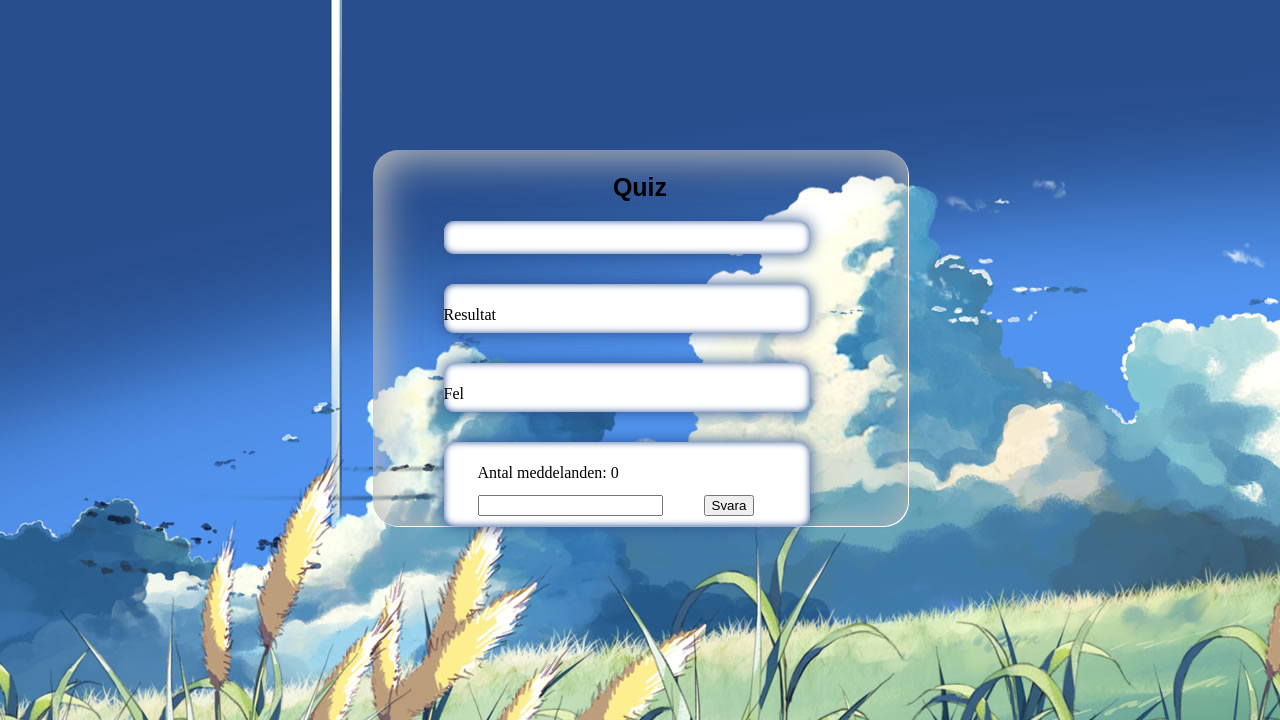
Repository: Marco30/1dv403-laborationer
Page: 4-thequiz/index.html
The author's editor kept a record of every edit. The page is drawn from the files as they stood at one moment, then again after the next edit.
The browser window is 1280 px wide. The pictures show the whole page.
The page's requests for data from a server got no answer.

Above is the page before.

### 4-thequiz/index.html
<!DOCTYPE html>

<html lang="sv">

<head>

	<meta charset="UTF-8" />

 	<title>Quiz</title>

 	<link href="css/style.css" rel="stylesheet" type="text/css">

    <script src="script/quiz.js"></script>


</head>

    <body>

        <div id="inramning"><!--*CSS läger text rutan i mitten-->

             <header><!--titel texten -->
                    <h1>Quiz</h1>
             </header>

           <main> <!--Alla meddelanden ska samlas här   -->

                <div id="textonpage"><!-- Här kommer jag lad in texten  -->

                </div>

                <div id="textram">

                    <p>
                        <div id="result"> Resultat </div>
                   </p>

                    <p>
                        <div id="fel"> Fel </div>
                   </p>

                    <div id="textruta">

                    <p>
                        <label id="antal">Antal meddelanden: 0</label><!--Visar antal meddelanden som finns på sidan -->
                    </p>

                    <p>

                    <input type="text" id="svar"/>

                    <input id="button" type="submit" value="Svara"/><!--Skicka Knapp, Man trycker på för att få upp meddelanden i sidan  -->

                    </p>



                </div>

           </main>

        </div>

    </body>
</html>

### 4-thequiz/css/style.css
 /* http://meyerweb.com/eric/tools/css/reset/
v2.0 | 20110126
License: none (public domain)
*/
html, body, div, span, applet, object, iframe,
h1, h2, h3, h4, h5, h6, p, blockquote, pre,
a, abbr, acronym, address, big, cite, code,
del, dfn, em, img, ins, kbd, q, s, samp,
small, strike, strong, sub, sup, tt, var,
b, u, i, center,
dl, dt, dd, ol, ul, li,
fieldset, form, label, legend,
table, caption, tbody, tfoot, thead, tr, th, td,
article, aside, canvas, details, embed,
figure, figcaption, footer, header, hgroup,
menu, nav, output, ruby, section, summary,
time, mark, audio, video {
margin: 0;
padding: 0;
border: 0;
font-size: 100%;
font: inherit;
vertical-align: baseline;
}
/* HTML5 display-role reset for older browsers */
article, aside, details, figcaption, figure,
footer, header, hgroup, menu, nav, section {
display: block;
}

ol, ul {
list-style: none;
}
blockquote, q {
quotes: none;
}
blockquote:before, blockquote:after,
q:before, q:after {
content: '';
content: none;
}
table {
border-collapse: collapse;
border-spacing: 0;
}

/*Här börjar min CSS */

#inramning
{
width: 535px;
margin: 150px auto;
/*background-color: #41566E;*/
/*border: 2px solid;*/
border-radius: 25px;
box-shadow: 1px 1px 0px 0px #FFF, 5px 5px 40px 2px #BBB inset;
}

header /* skappar rammen längs upp, den som har sidans namn */
{
height: 65px;
}

header H1 /* ger H1 följande egenskaper som alltid är bundna till header div */
{
font-weight: bold;
line-height: 74px;
text-align:center;
 font-family: ‘Lucida Sans Unicode’, ‘Lucida Grande’, sans-serif;
font-size: 25px;
color:black;
}

main
{

    height: auto;
    margin: auto;

}

body
{
line-height: 1;
/*background-color: #EDEDED;*/
background-image: url(../pics/promised.jpg);

}

.newmessage
{
background-color: #FFF;
width: 366px;
height: auto;
padding-top: 23px;
padding-bottom: 10px;
margin: 6px 649px 30px 71px;
    margin-top: 6px;
    margin-right-value: 649px;
    margin-bottom: 30px;
    margin-left-value: 71px;
    margin-left-ltr-source: physical;
    margin-left-rtl-source: physical;
    margin-right-ltr-source: physical;
    margin-right-rtl-source: physical;
word-wrap: break-word;
border-radius: 10px;
    border-top-left-radius: 10px;
    border-top-right-radius: 10px;
    border-bottom-right-radius: 10px;
    border-bottom-left-radius: 10px;
box-shadow: 0px 0px 7px 0px #2A5091 inset, 0px 0px 16px 0px #2A5091;
}

.textinput
{
       margin: 14px 3px 0px 34px;
}

.ikon
{
    margin-left: 455px;
}

.delete
{
       margin: 1px 0px 4px -132px;
width: 17px;
height: auto;
}

.tidikon
{

margin: -50px 19px 4px -155px;
width: 17px;
height: auto;
}

#antal
{
   margin: 14px 3px 0px 34px;
}

#result
{
  background-color: #FFF;
width: 366px;
height: auto;
padding-top: 23px;
padding-bottom: 10px;
margin: 6px 649px 30px 71px;
    margin-top: 6px;
    margin-right-value: 649px;
    margin-bottom: 30px;
    margin-left-value: 71px;
    margin-left-ltr-source: physical;
    margin-left-rtl-source: physical;
    margin-right-ltr-source: physical;
    margin-right-rtl-source: physical;
word-wrap: break-word;
border-radius: 10px;
    border-top-left-radius: 10px;
    border-top-right-radius: 10px;
    border-bottom-right-radius: 10px;
    border-bottom-left-radius: 10px;
box-shadow: 0px 0px 7px 0px #2A5091 inset, 0px 0px 16px 0px #2A5091;
}

#fel
{
  background-color: #FFF;
width: 366px;
height: auto;
padding-top: 23px;
padding-bottom: 10px;
margin: 6px 649px 30px 71px;
    margin-top: 6px;
    margin-right-value: 649px;
    margin-bottom: 30px;
    margin-left-value: 71px;
    margin-left-ltr-source: physical;
    margin-left-rtl-source: physical;
    margin-right-ltr-source: physical;
    margin-right-rtl-source: physical;
word-wrap: break-word;
border-radius: 10px;
    border-top-left-radius: 10px;
    border-top-right-radius: 10px;
    border-bottom-right-radius: 10px;
    border-bottom-left-radius: 10px;
box-shadow: 0px 0px 7px 0px #2A5091 inset, 0px 0px 16px 0px #2A5091;
}

#svar
{

margin: 14px 3px 0px 34px;
}


#button
{
    margin: 14px 3px 0px 34px;
}

#textruta
{
  background-color: #FFF;
width: 366px;
height: auto;
padding-top: 23px;
padding-bottom: 10px;
margin: 6px 649px 30px 71px;
    margin-top: 6px;
    margin-right-value: 649px;
    margin-bottom: 30px;
    margin-left-value: 71px;
    margin-left-ltr-source: physical;
    margin-left-rtl-source: physical;
    margin-right-ltr-source: physical;
    margin-right-rtl-source: physical;
word-wrap: break-word;
border-radius: 10px;
    border-top-left-radius: 10px;
    border-top-right-radius: 10px;
    border-bottom-right-radius: 10px;
    border-bottom-left-radius: 10px;
box-shadow: 0px 0px 7px 0px #2A5091 inset, 0px 0px 16px 0px #2A5091;
}

#textonpage
{
 background-color: #FFF;
width: 366px;
height: auto;
padding-top: 23px;
padding-bottom: 10px;
margin: 6px 649px 30px 71px;
    margin-top: 6px;
    margin-right-value: 649px;
    margin-bottom: 30px;
    margin-left-value: 71px;
    margin-left-ltr-source: physical;
    margin-left-rtl-source: physical;
    margin-right-ltr-source: physical;
    margin-right-rtl-source: physical;
word-wrap: break-word;
border-radius: 10px;
    border-top-left-radius: 10px;
    border-top-right-radius: 10px;
    border-bottom-right-radius: 10px;
    border-bottom-left-radius: 10px;
box-shadow: 0px 0px 7px 0px #2A5091 inset, 0px 0px 16px 0px #2A5091;
}

### 4-thequiz/script/quiz.js
"use strict";

var quiz = {

    froga : null, // Variabel som kommer hålla objekten man från server

    xhr1 : new XMLHttpRequest(),// vi skppar ett XMLHttpRequest objekt som får namnet  xhr1

    xhr2 : new XMLHttpRequest(),// vi skppar ett XMLHttpRequest objekt som får namnet  xhr2

    webbfroga : "http://vhost3.lnu.se:20080/question/1",// Variabel som får start webbplatsen där informationen som vi kommer använda finns

    antal : 0,// Kommer hålla antal försök

    forsoktabel: [],// I den här arrayen kommer vi samla alla försök man gjort

    start : function()
    {

        //---------------------Event hanterare som hanterar knapp tryckning--------------------------------

    document.getElementById("button").onclick = function(e)
    {
            e.preventDefault();

            var value = document.getElementById("svar").value;

             //document.getElementById("textonpage").innerHTML = "hej på dig";

            //document.getElementById("textonpage").innerHTML = quiz.froga.nextURL +" " + value;

            quiz.laddarupp(value, quiz.froga.nextURL);

    };


    quiz.laddarner(quiz.webbfroga);

    },

        //---------------------laddar ner frågor--------------------------------

    laddarner : function(http)
    {
       quiz.xhr1.onreadystatechange = function()// Funkar som onclick, men aktiveras när servern skickar till baks information
        {

            if (quiz.xhr1.readyState === 4)// 4 betyder att att information är färdig sickat, den kan nu användas av oss, när datan finns på websidan så startar den här if satsen
            {

                if(quiz.xhr1.status === 200)// // den här if satsen är en säkerhet kontroll, 200 betyder att att överföringen från server till webbsidan gick bra
                {


                quiz.froga =  JSON.parse(quiz.xhr1.responseText);// Omvandlar objekt vi får från servern till en arraye variabel med array funktioner.

                document.getElementById("textonpage").innerHTML = quiz.froga.question; // Läger in texten/information vi fåt från server i webbsidan

                }

            }

        };

            quiz.xhr1.open("GET",http,true);// Här sätter vi inställningar, gör att laddaner eller laddaupp, GET betyder att vi lddarner, http server platsen där informationen vi behöver finns, true betyder asynkront vilket betyder att man kör den utan att störa resten av scriptet

            quiz.xhr1.send(null);//Den här används för att laddar upp information i servern
    },



    laddarupp : function(svar, http)
    {

        //---------------------laddar upp svar--------------------------------

        quiz.xhr2.onreadystatechange = function()// Funkar som onclick, men aktiveras när servern skickar till baks information
        {

            if(quiz.xhr2.readyState === 4)// 4 betyder att att information är färdig sickat, den kan nu användas av oss, när datan finns på websidan så startar den här if satsen
            {
                var frogor2 = JSON.parse(quiz.xhr2.responseText);// Omvandlar objekt vi får från servern till en arraye variabel med array funktioner.

               document.getElementById("svar").value = "";// Noll ställer text rutan där man mattar in svar


                 if(frogor2.message === "Correct answer!")// kontrollerar att man get rätt svar gänom att gemföra meddelandet från servern
                 {

                        if (frogor2.nextURL !== undefined)// om frogor2.nextURL int är undefinde så går vi in i den här if stasen
                        {
                            document.getElementById("fel").innerHTML = ""// Noll ställer fel texte rutan där texten fel visas när man gjort ett fel

                            quiz.forsoktabel.push(quiz.antal);//Sparar anfall försöka man gjort i arrayen forsoktabe

                            quiz.antal = 0;// Noll ställer antal försök innan man läser in nästa fråga

                            quiz.laddarner(frogor2.nextURL);//Läser in nästa fråga genom att ge den nya server plasten där frågan finns
                        }

                        else//Har du fåt rät svar och det var den sita frågan så startar vi den här else satsen, den startas när frogor2.nextURL är undefine, Vilket också betyder att det är slut på frågor
                        {
                            quiz.forsoktabel.push(quiz.antal);//Sparar anfall försöka man gjort i arrayen forsoktabe

                            quiz.antal = 0; // Noll ställer antal försök innan man läser in nästa fråga

                            quiz.resultat();//
                        }

                }

                else// Var det fel svar så körs den här else satsen som visar att du svarat fel
                {
                        document.getElementById("fel").innerHTML = "Fel";// lägger in Error text i webbsidan

                        quiz.antal += 1;// räknar antal fel
                }
            }
        };

    var serversvar = JSON.stringify({answer: svar});// Här läggs svaret in och omvandlas till ett objekt som kan tass i mot av servern

   quiz.xhr2.open("POST", http, true);// // Här sätter vi inställningar, gör att laddaner eller laddaupp, POST betyder att vi laddar upp, http server platsen där informationen vi ska ladda upp, true betyder asynkront vilket betyder att man kör den utan att störa resten av scriptet

    quiz.xhr2.setRequestHeader("Content-Type", "application/json");// Informerar server att vi använder jason

    quiz.xhr2.send(serversvar);// Skickar upp datan till servern


    },

    //----------------------Resultat på antal försök  -------------------------------

    resultat : function()// Här presenteras försöks tabell
    {

        document.getElementById("result").innerHTML = "Antal gissningar:";// Lägger in text i webbsidan

        var m = 1;// visar numer på frågan

        for (var i = 0; i < quiz.forsoktabel.length; i+=1) // Löper igenom arrayen som har sammalt alla försök
        {
            var p = document.createElement("p");//Variabeln p får HTML koden <p>

            p.innerHTML = "Fråga "+ m +": " + quiz.forsoktabel[i];// lägger in information som finns i arrayen i <p> tagarna så att de syns på sidan

             document.getElementById("result").appendChild(p);// Lägger in den nya HTML koden <p> i <div id = "result"> så att det syns på webbsidan

        m+=1;

        }

    }

};


window.onload = quiz.start;// startar funktionen som har label start när sidan har ladats

After the next edit:
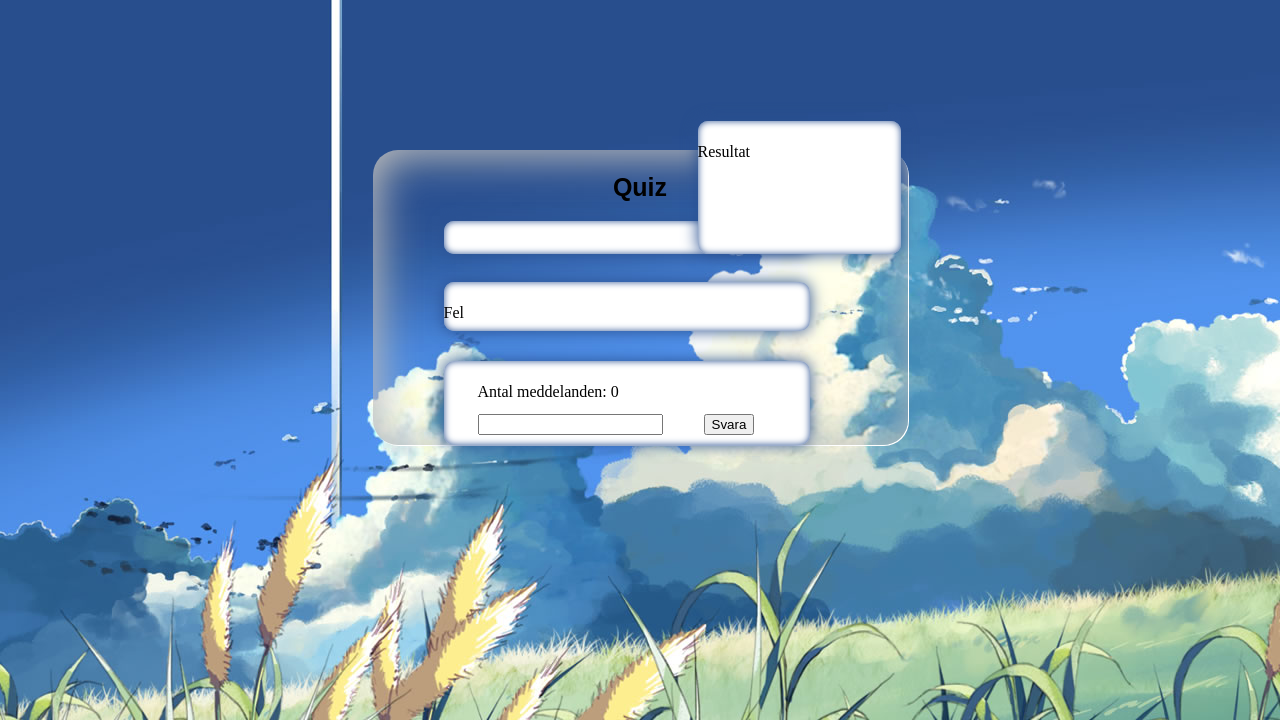
The edit:
--- a/4-thequiz/css/style.css
+++ b/4-thequiz/css/style.css
@@ -144,6 +144,20 @@
 
 #result
 {
+     background-color: #FFF;
+    width: 203px;
+    padding-top: 23px;
+    padding-bottom: 10px;
+    margin: -163px 649px 28px 325px;
+    word-wrap: break-word;
+    border-radius: 10px;
+    box-shadow: 0px 0px 7px 0px #2A5091 inset, 0px 0px 16px 0px #2A5091;
+    height: 100px;
+}
+
+
+#fel
+{
   background-color: #FFF;
 width: 366px;
 height: auto;
@@ -167,7 +181,19 @@
 box-shadow: 0px 0px 7px 0px #2A5091 inset, 0px 0px 16px 0px #2A5091;
 }
 
-#fel
+#svar
+{
+
+margin: 14px 3px 0px 34px;
+}
+
+
+#button
+{
+    margin: 14px 3px 0px 34px;
+}
+
+#textruta
 {
   background-color: #FFF;
 width: 366px;
@@ -192,43 +218,6 @@
 box-shadow: 0px 0px 7px 0px #2A5091 inset, 0px 0px 16px 0px #2A5091;
 }
 
-#svar
-{
-
-margin: 14px 3px 0px 34px;
-}
-
-
-#button
-{
-    margin: 14px 3px 0px 34px;
-}
-
-#textruta
-{
-  background-color: #FFF;
-width: 366px;
-height: auto;
-padding-top: 23px;
-padding-bottom: 10px;
-margin: 6px 649px 30px 71px;
-    margin-top: 6px;
-    margin-right-value: 649px;
-    margin-bottom: 30px;
-    margin-left-value: 71px;
-    margin-left-ltr-source: physical;
-    margin-left-rtl-source: physical;
-    margin-right-ltr-source: physical;
-    margin-right-rtl-source: physical;
-word-wrap: break-word;
-border-radius: 10px;
-    border-top-left-radius: 10px;
-    border-top-right-radius: 10px;
-    border-bottom-right-radius: 10px;
-    border-bottom-left-radius: 10px;
-box-shadow: 0px 0px 7px 0px #2A5091 inset, 0px 0px 16px 0px #2A5091;
-}
-
 #textonpage
 {
  background-color: #FFF;
